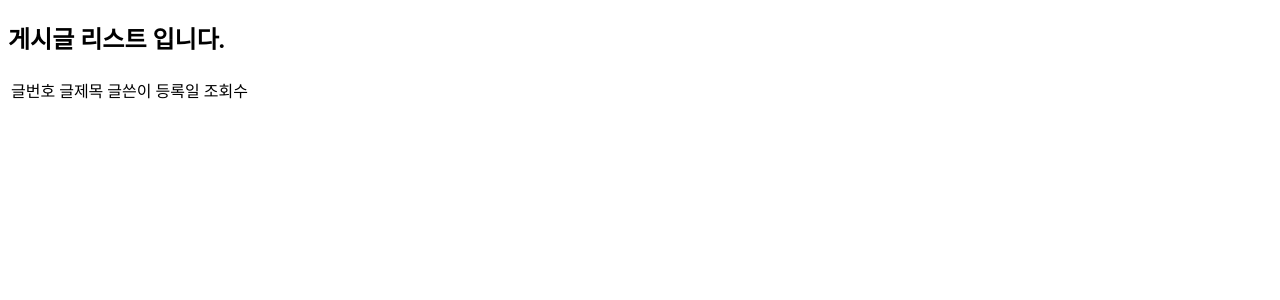
Repository: design-view/jspstudy
Page: http://localhost/GreenJsp/04jdbc/boardlist.jsp
The author's editor kept a copy of each file at every save. The page is drawn from the files as they stood at one save, then again after the next save.
The browser window is 1280 px wide. The pictures show the whole page.
The page is served by Tomcat 9. Queries for data that is not in the repository find no rows.

Above is the page before, as saved 2024-01-16 02:37:49.

After the next save:
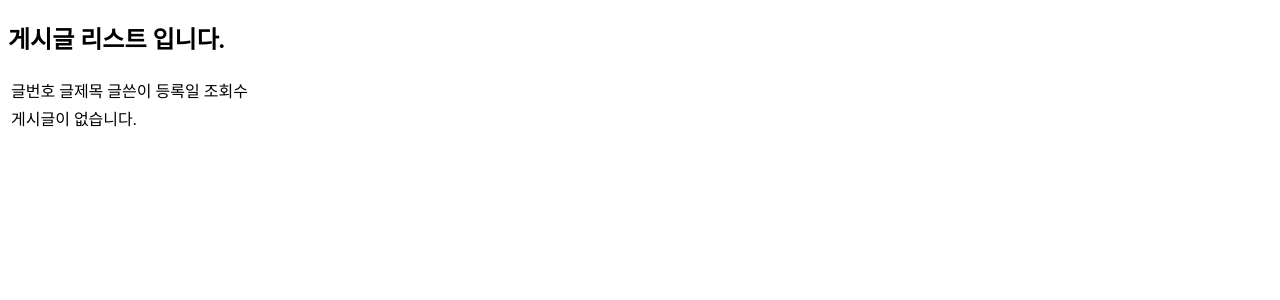
Saved 2 min 34 s later.
--- a/GreenJsp/src/main/webapp/04jdbc/boardlist.jsp
+++ b/GreenJsp/src/main/webapp/04jdbc/boardlist.jsp
@@ -24,7 +24,16 @@
 			<td>등록일</td>
 			<td>조회수</td>
 		</tr>
-
+		<%
+			if(boardlist.isEmpty()){
+		%>
+		<tr>
+			<td colspan="5">게시글이 없습니다.</td>
+		</tr>
+		<%
+			}
+			else{}
+		%>
 	</table>
 </body>
 </html>
